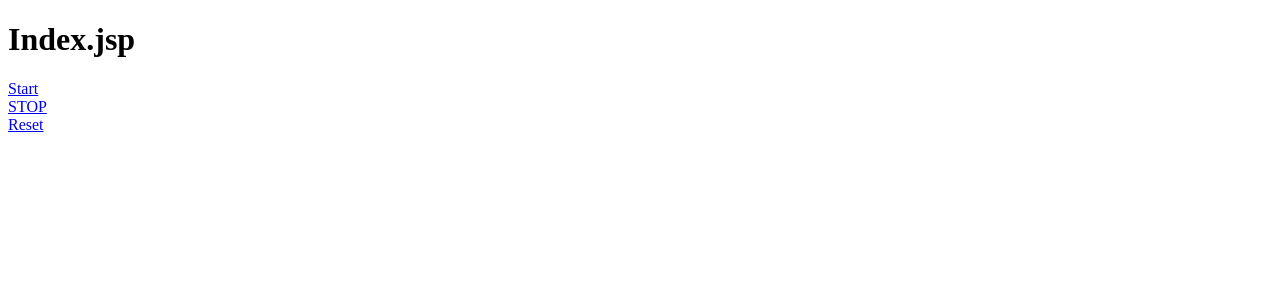
Repository: dwzukowski/Java
Page: http://localhost/stopwatch/
An editor plug-in stored every save of this project. The page is shown before and after the next save, followed by the edit.
The browser window is 1280 px wide. The pictures show the whole page.
The page is served by Tomcat 9.

Above is the page before, as saved 2017-07-12 12:43:54.

After the next save:
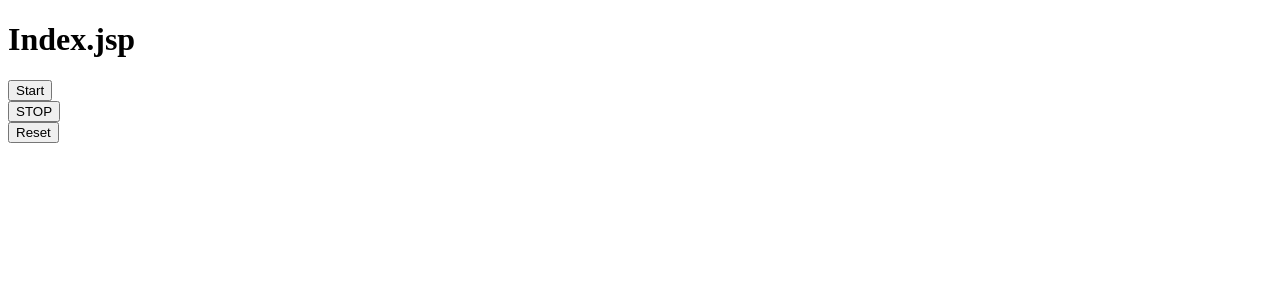
Saved 2 min 9 s later.
--- a/JavaOnTheWeb/Stopwatch/stopwatch/WebContent/WEB-INF/views/index.jsp
+++ b/JavaOnTheWeb/Stopwatch/stopwatch/WebContent/WEB-INF/views/index.jsp
@@ -8,10 +8,10 @@
 </head>
 <body>
 <h1> Index.jsp </h1>
-	<a href="/stopwatch/start"> Start </a>
+	<a href="/stopwatch/start"><button>Start</button></a>
 	<br>
-	<a href="/stopwatch/stop"> STOP </a>
+	<a href="/stopwatch/stop"><button>STOP</button></a>
 	<br>
-	<a href="/stopwatch/reset"> Reset </a>
+	<a href="/stopwatch/reset"><button>Reset</button></a>
 </body>
 </html>
